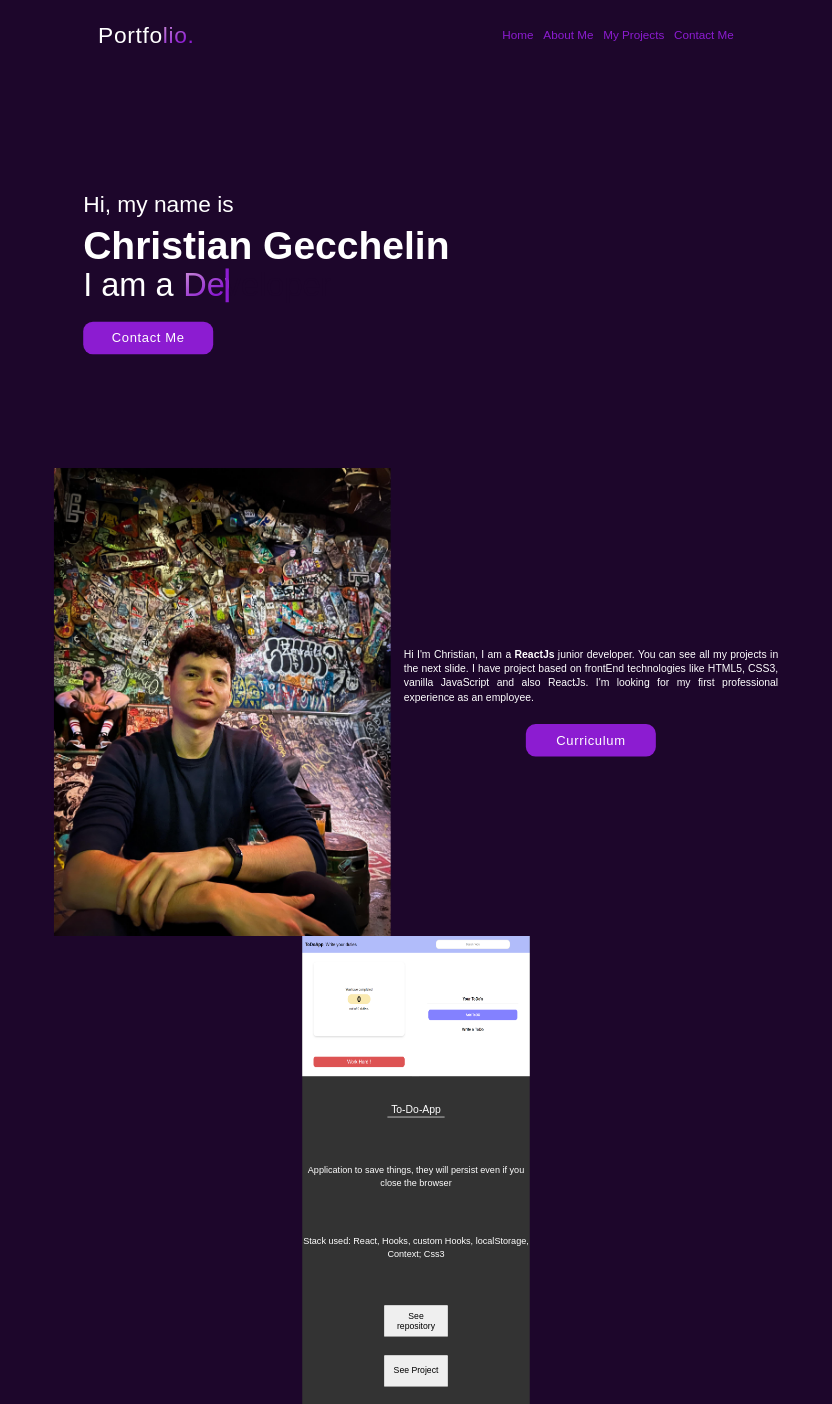
Repository: ChristianGecchelin/portfolio-web
Page: /
The author's editor kept a copy of each file at every save. The page is drawn from the files as they stood at one save, then again after the next save.
The browser window is 1280 px wide. The pictures show the whole page, at 65% of full size.
The project was rebuilt for these pictures with package versions that can differ from the ones it lists, and the page was loaded fresh each time.

Above is the page before, as saved 2022-01-21 18:40:15.

After the next save:
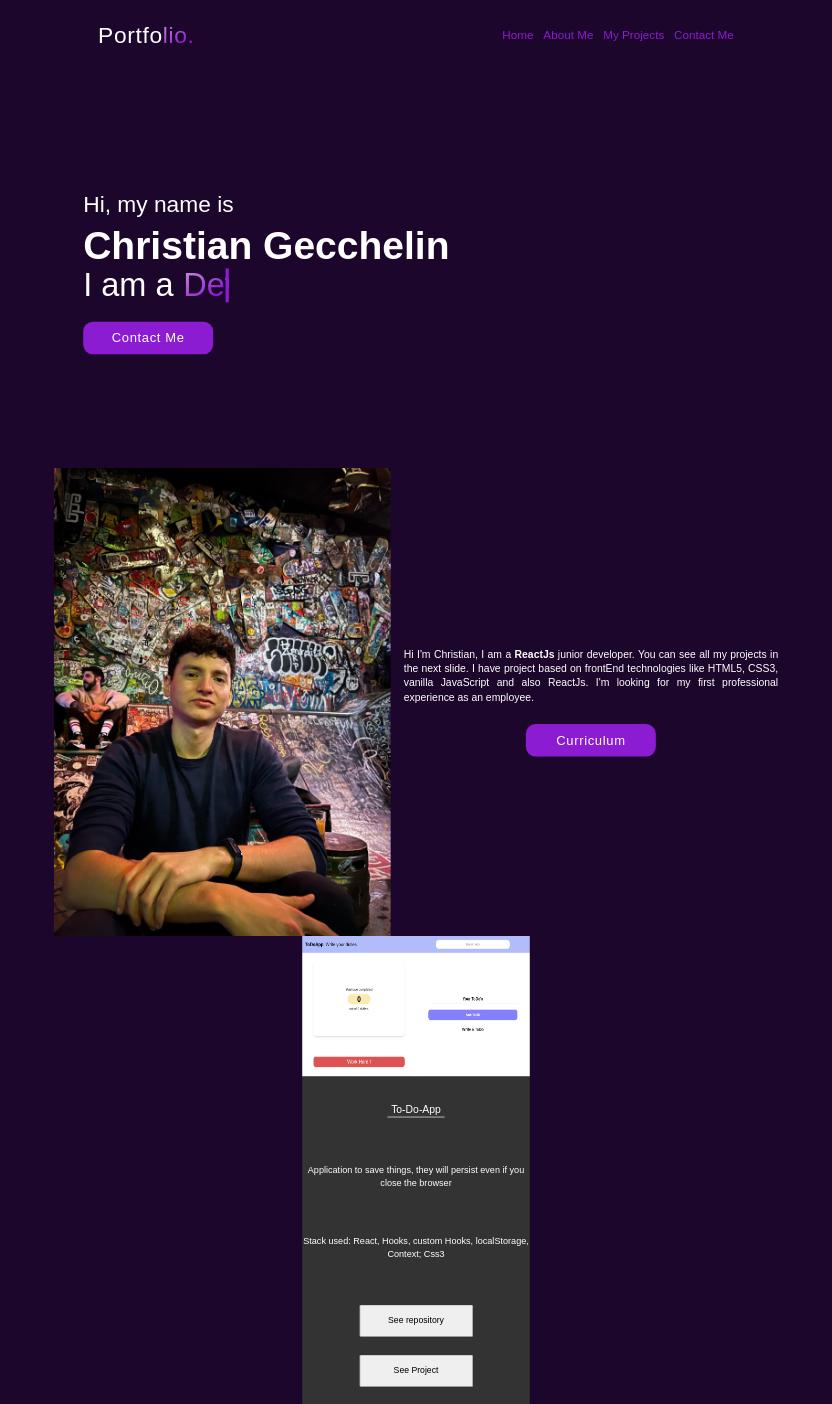
Saved 7 s later.
--- a/src/MyProjects/MyProjects.css
+++ b/src/MyProjects/MyProjects.css
@@ -62,6 +62,6 @@
 }
 .project-section .project-card .button-container button {
   height: 50px;
-  width: 100px;
+  width: 50%;
   padding: 5px 10px;
 }
